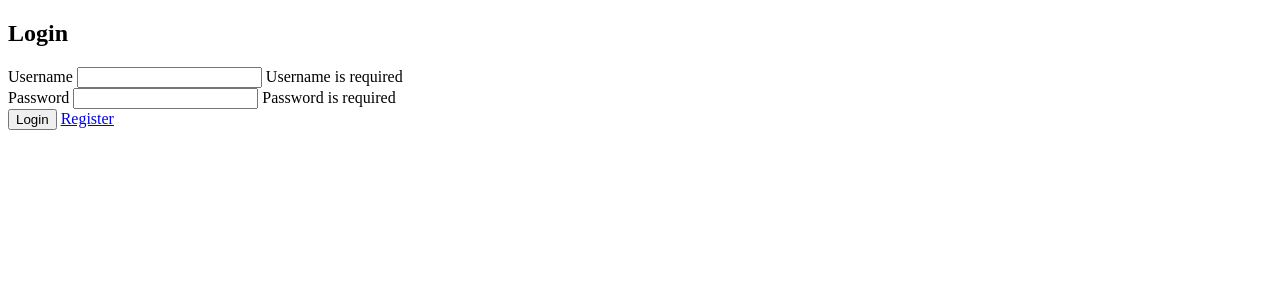
Repository: moshe31sh/Java_ee_final_project_todo_list
Page: Toto_list_final_project/WebContent/login.html
These files come from the project's save history. The page is drawn as it stood at one moment and after the next save; the edit follows.
The browser window is 1280 px wide. The pictures show the whole page.

Above is the page before, as saved 2015-12-04 15:48:42.

### Toto_list_final_project/WebContent/login.html

<!DOCTYPE html>
<html>
<div class="col-md-6 col-md-offset-3">
    <h2>Login</h2>
    <form name="form" ng-submit="vm.login()" role="form">
        <div class="form-group" ng-class="{ 'has-error': form.username.$dirty && form.username.$error.required }">
            <label for="username">Username</label>
            <input type="text" name="username" id="username" class="form-control" ng-model="vm.username" required />
            <span ng-show="form.username.$dirty && form.username.$error.required" class="help-block">Username is required</span>
        </div>
        <div class="form-group" ng-class="{ 'has-error': form.password.$dirty && form.password.$error.required }">
            <label for="password">Password</label>
            <input type="password" name="password" id="password" class="form-control" ng-model="vm.password" required />
            <span ng-show="form.password.$dirty && form.password.$error.required" class="help-block">Password is required</span>
        </div>
        <div class="form-actions">
            <button type="submit" ng-disabled="form.$invalid || vm.dataLoading" class="btn btn-primary">Login</button>
            <a href="#/register" class="btn btn-link">Register</a>
        </div>
    </form>
</div>
</html>

After the next save:
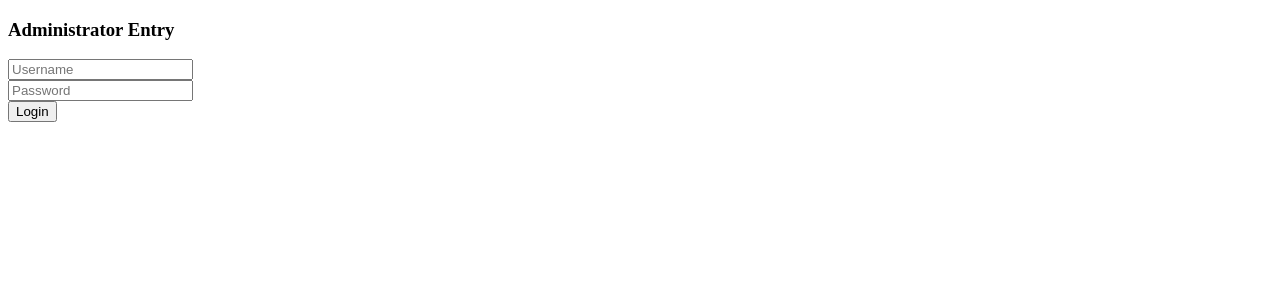
Saved 6 min 36 s later.
--- a/Toto_list_final_project/WebContent/login.html
+++ b/Toto_list_final_project/WebContent/login.html
@@ -1,23 +1,28 @@
 
 <!DOCTYPE html>
 <html>
-<div class="col-md-6 col-md-offset-3">
-    <h2>Login</h2>
-    <form name="form" ng-submit="vm.login()" role="form">
-        <div class="form-group" ng-class="{ 'has-error': form.username.$dirty && form.username.$error.required }">
-            <label for="username">Username</label>
-            <input type="text" name="username" id="username" class="form-control" ng-model="vm.username" required />
-            <span ng-show="form.username.$dirty && form.username.$error.required" class="help-block">Username is required</span>
-        </div>
-        <div class="form-group" ng-class="{ 'has-error': form.password.$dirty && form.password.$error.required }">
-            <label for="password">Password</label>
-            <input type="password" name="password" id="password" class="form-control" ng-model="vm.password" required />
-            <span ng-show="form.password.$dirty && form.password.$error.required" class="help-block">Password is required</span>
-        </div>
-        <div class="form-actions">
-            <button type="submit" ng-disabled="form.$invalid || vm.dataLoading" class="btn btn-primary">Login</button>
-            <a href="#/register" class="btn btn-link">Register</a>
-        </div>
-    </form>
-</div>
+<div class="panel panel-info coupouns_panel">
+  <div class="panel-heading">
+    <h3 class="panel-title">Administrator Entry</h3>
+  </div>
+  <div class="panel-body">
+  	<div id="lefted_form">
+		<form action="/CouponsProject/adminController/login_request" method="post" class="admin_form">
+	            <div class="col-xs-6 user-list">
+	                <div class="input-group">
+	                    <span class="input-group-addon"><span class="glyphicon glyphicon-user"></span></span>
+	                    <input type="text" name="name" class="form-control" placeholder="Username">
+	                </div>
+	            </div>
+	            <div class="col-xs-6 user-list">
+	                <div class="input-group">
+	                	<span class="input-group-addon"><span class="glyphicon glyphicon-lock"></span></span>
+	                    <input type="password" name="pwd" class="form-control" placeholder="Password">
+	                </div>
+	            </div>
+	             <div class="col-xs-3 user-list">
+	            <button type="submit" class="btn btn-primary">Login</button>
+	            </div>
+	    </form>
+    </div>
 </html>
